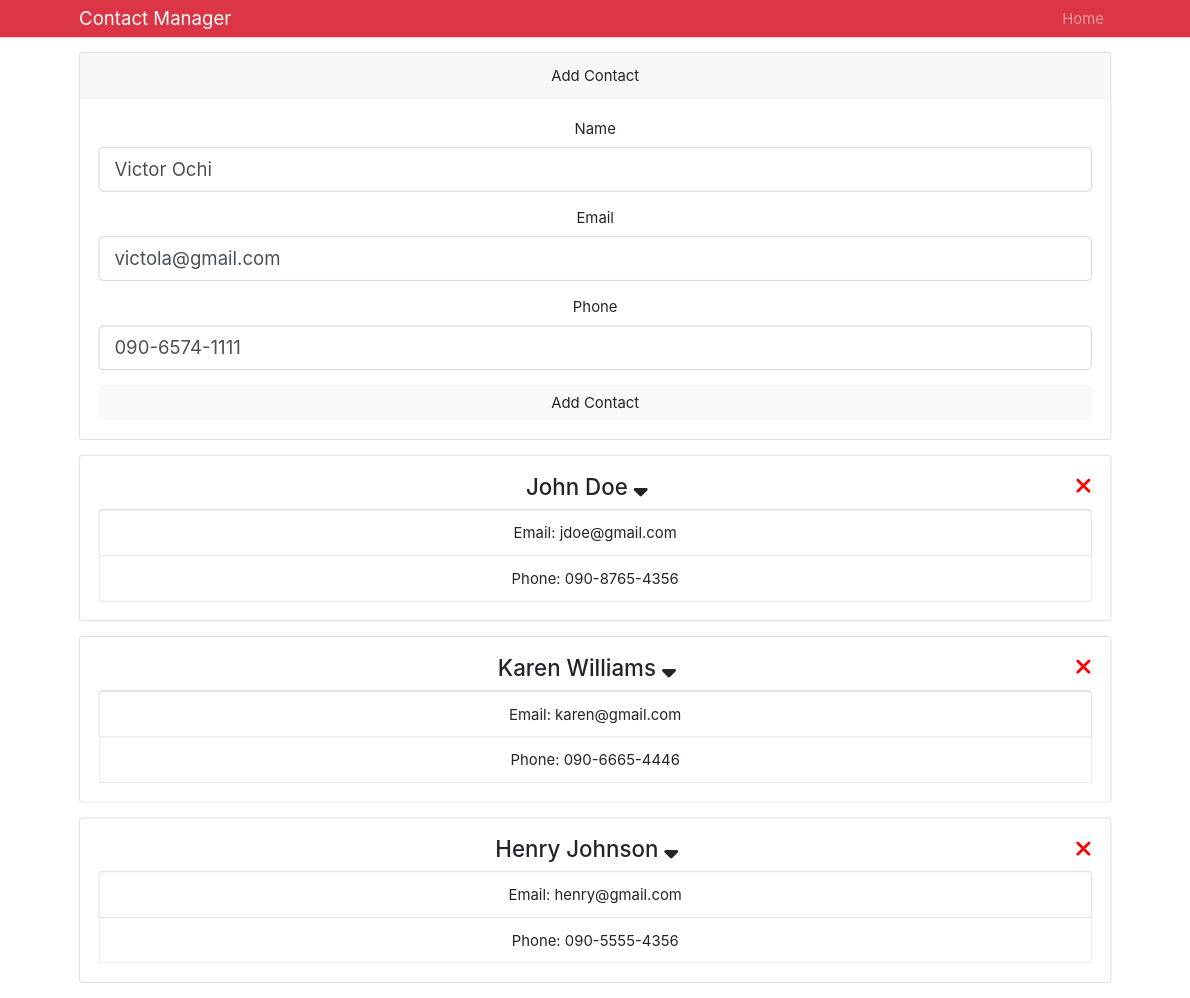
Repository: IkennaU/contactmanager
Page: /about
An editor plug-in stored every save of this project. The page is shown before and after the next save, followed by the edit.
The browser window is 1280 px wide. The pictures show the whole page, at 93% of full size.
Some web libraries are served in a nearby version. The project was rebuilt for these pictures with package versions that can differ from the ones it lists, and the page was loaded fresh each time.

Above is the page before, as saved 2020-07-22 10:02:06.

After the next save:
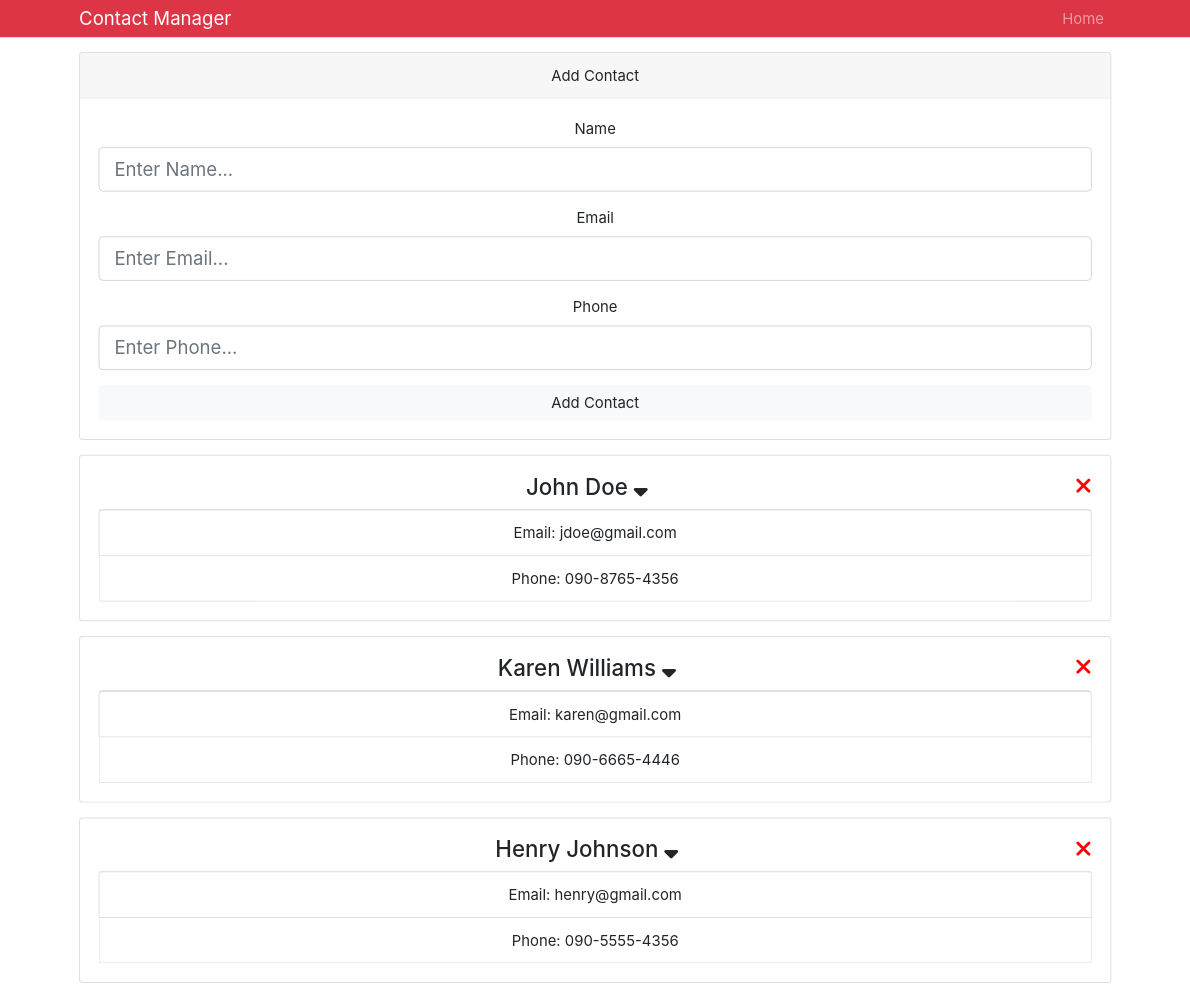
Saved 71 s later.
--- a/src/components/contacts/AddContact.js
+++ b/src/components/contacts/AddContact.js
@@ -2,27 +2,12 @@ import React, { Component } from "react";
 import PropTypes from "prop-types";
 
 class AddContact extends Component {
-  static defaultProps = {
-    name: "Victor Ochi",
-    email: "victola@gmail.com",
-    phone: "090-6574-1111",
-  };
-  constructor(props) {
-    super(props);
+  static propTypes = {};
 
-    this.nameInput = React.createRef();
-    this.emailInput = React.createRef();
-    this.phoneInput = React.createRef();
-  }
-
+  state = { name: "", email: "", phone: "" };
+  onChange = (e) => this.setState({ [e.target.name]: e.target.value });
   onSubmit = (e) => {
     e.preventDefault();
-    const contact = {
-      name: this.nameInput.current.value,
-      email: this.emailInput.current.value,
-      phone: this.phoneInput.current.value,
-    };
-    console.log(contact);
   };
 
   render() {
@@ -38,8 +23,8 @@ class AddContact extends Component {
                 name="name"
                 className="form-control form-control-lg"
                 placeholder="Enter Name..."
-                defaultValue={this.props.name}
-                ref={this.nameInput}
+                value={this.state.name}
+                onChange={this.onChange}
               />
             </div>
             <div className="form-group">
@@ -49,8 +34,8 @@ class AddContact extends Component {
                 name="email"
                 className="form-control form-control-lg"
                 placeholder="Enter Email..."
-                defaultValue={this.props.email}
-                ref={this.emailInput}
+                value={this.state.email}
+                onChange={this.onChange}
               />
             </div>
             <div className="form-group">
@@ -60,8 +45,8 @@ class AddContact extends Component {
                 name="phone"
                 className="form-control form-control-lg"
                 placeholder="Enter Phone..."
-                defaultValue={this.props.phone}
-                ref={this.phoneInput}
+                value={this.state.phone}
+                onChange={this.onChange}
               />
             </div>
             <input

After the save that followed:
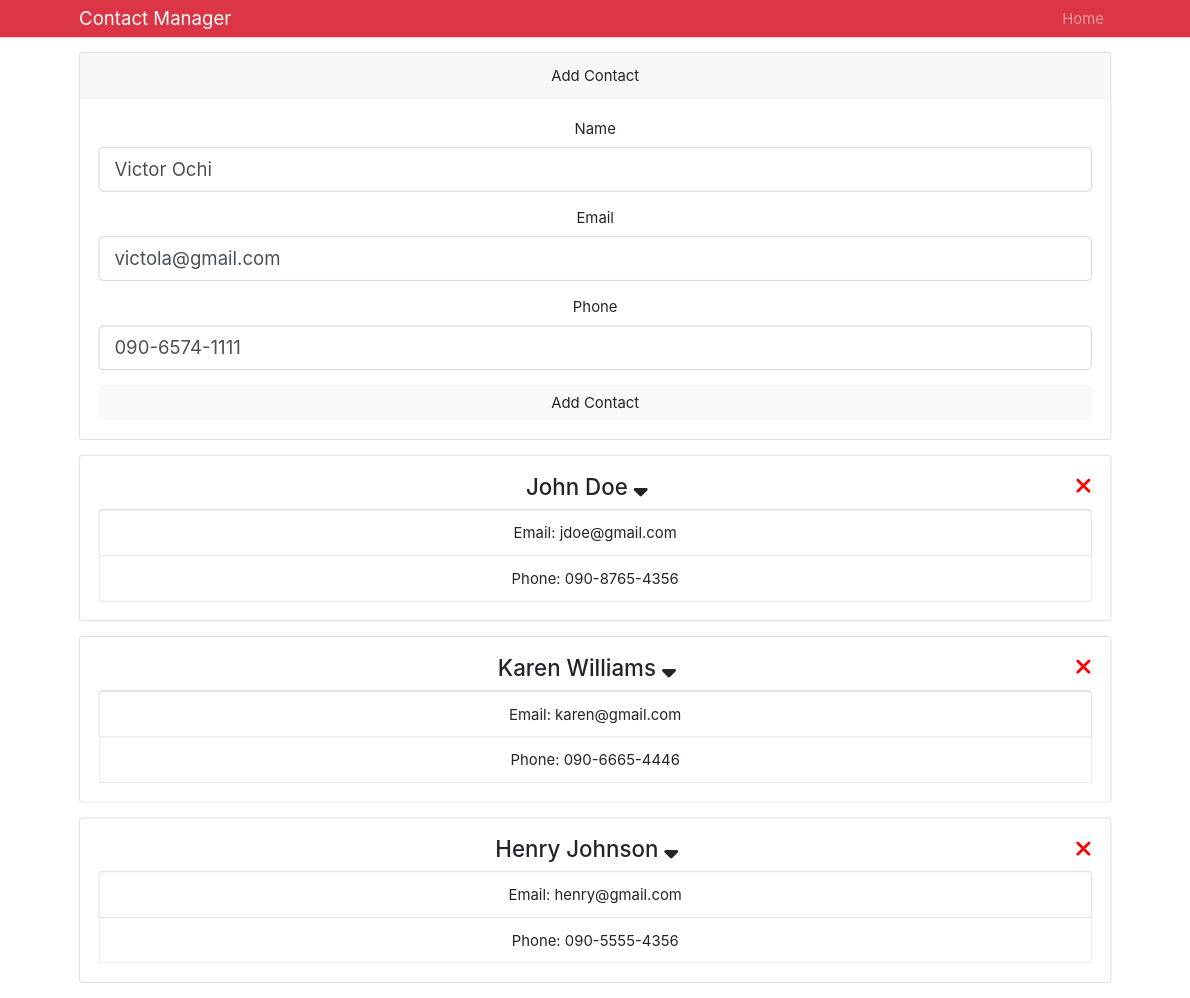
Saved 17 s later.
--- a/src/App.js
+++ b/src/App.js
@@ -1,7 +1,7 @@
 import React from "react";
 import Contacts from "./components/contacts/Contacts";
 import Header from "./components/layout/Header";
-import AddContact from "./components/contacts/AddContact";
+import AddContact from "./components/contacts/AddContact_ref";
 import "bootstrap/dist/css/bootstrap.min.css";
 import { Provider } from "./context";
 
